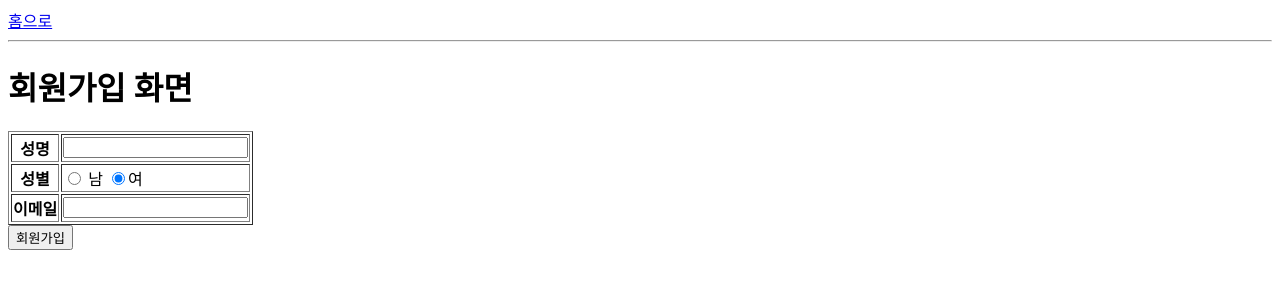
Repository: honsb91/Study_Spring
Page: http://localhost/01.Web/member
An editor plug-in stored every save of this project. The page is shown before and after the next save, followed by the edit.
The browser window is 1280 px wide. The pictures show the whole page.
The page is served by Tomcat 9.

Above is the page before, as saved 2023-12-20 07:04:21.

After the next save:
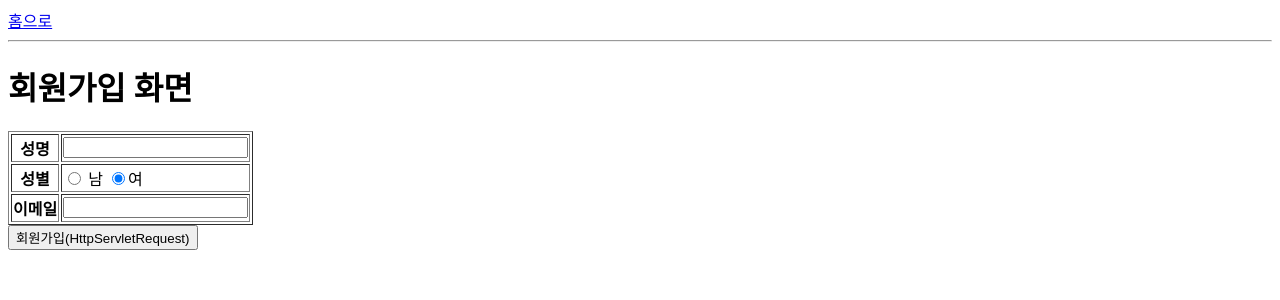
Saved 17 s later.
--- a/WorkSpace/01.Web/src/main/webapp/WEB-INF/views/member/join.jsp
+++ b/WorkSpace/01.Web/src/main/webapp/WEB-INF/views/member/join.jsp
@@ -29,7 +29,7 @@
 			</td>
 		</tr>
 		</table>
-		<input type="submit" value="회원가입">
+		<input type="submit" value="회원가입(HttpServletRequest)">
 	</form>
 </body>
 </html>
